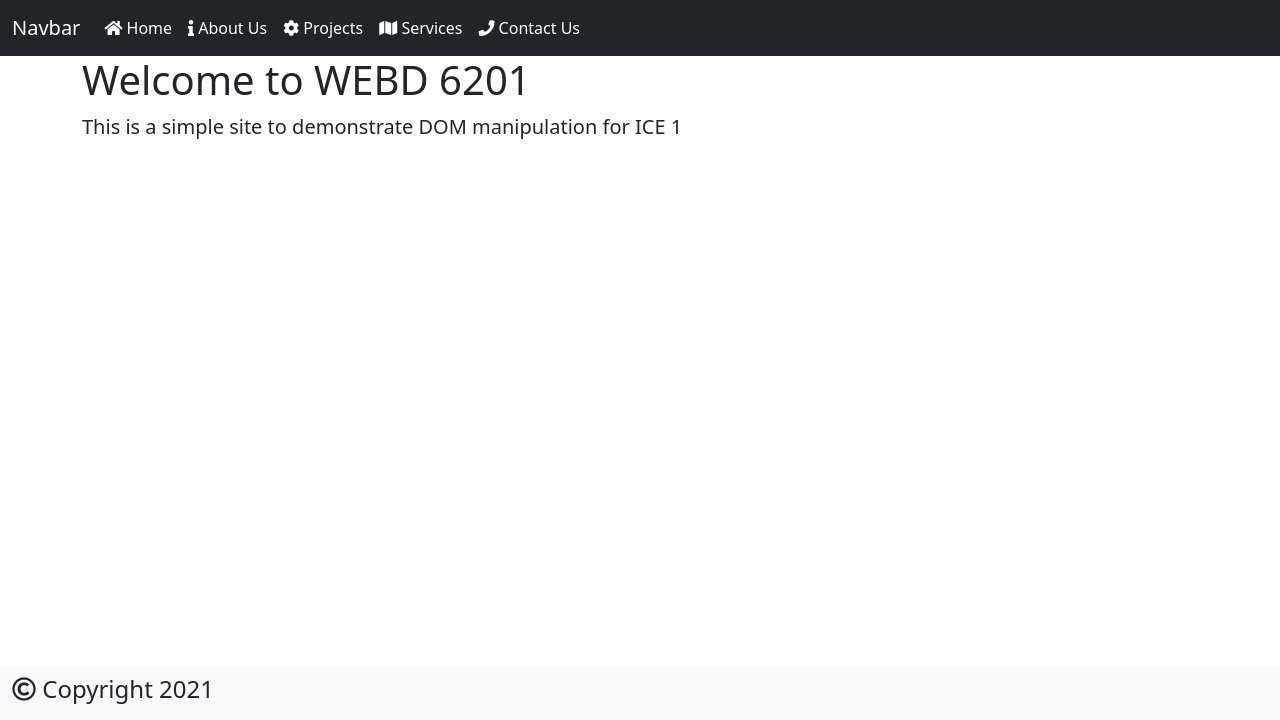
Repository: spencernewellevans/WEBD6201-ICE01
Page: index.html
The author's editor kept a copy of each file at every save. The page is drawn from the files as they stood at one save, then again after the next save.
The browser window is 1280 px wide. The pictures show the whole page.

Above is the page before, as saved 2021-01-22 15:43:00.

After the next save:
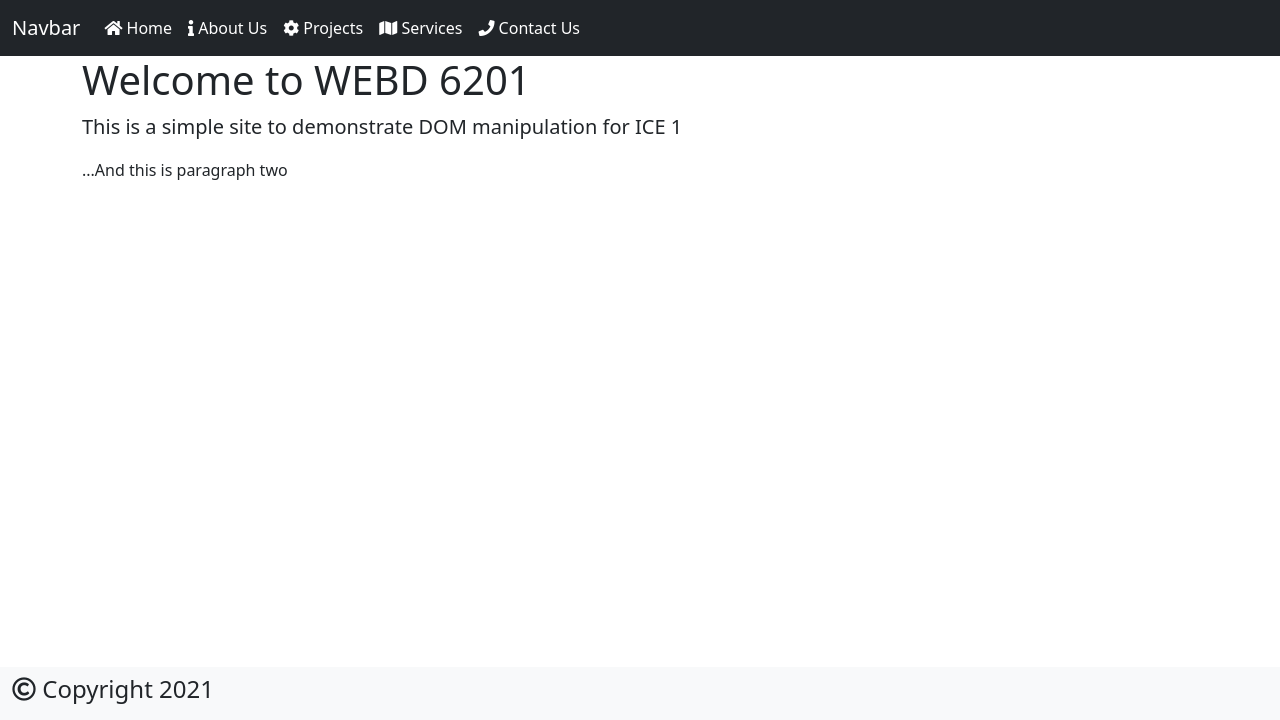
Saved 2 min 36 s later.
--- a/scripts/app.js
+++ b/scripts/app.js
@@ -20,10 +20,15 @@
         paragraphOneElement.textContent = paragraphOneText;
         paragraphOneElement.className = "fs-5"
 
-        // Step 1. document.createElement
+        // Step 1. create the element
         let newParagraph = document.createElement("p");
+        // Step 2. configure the element
         newParagraph.setAttribute("id","paragraphTwo");
         newParagraph.textContent = "...And this is paragraph two"
+        // Step 3. select parent element
+        let mainContent = document.getElementsByTagName("main")[0];
+        // Step 3. insert the element
+        mainContent.appendChild(newParagraph);
     }
 
     window.addEventListener("load", Start);
